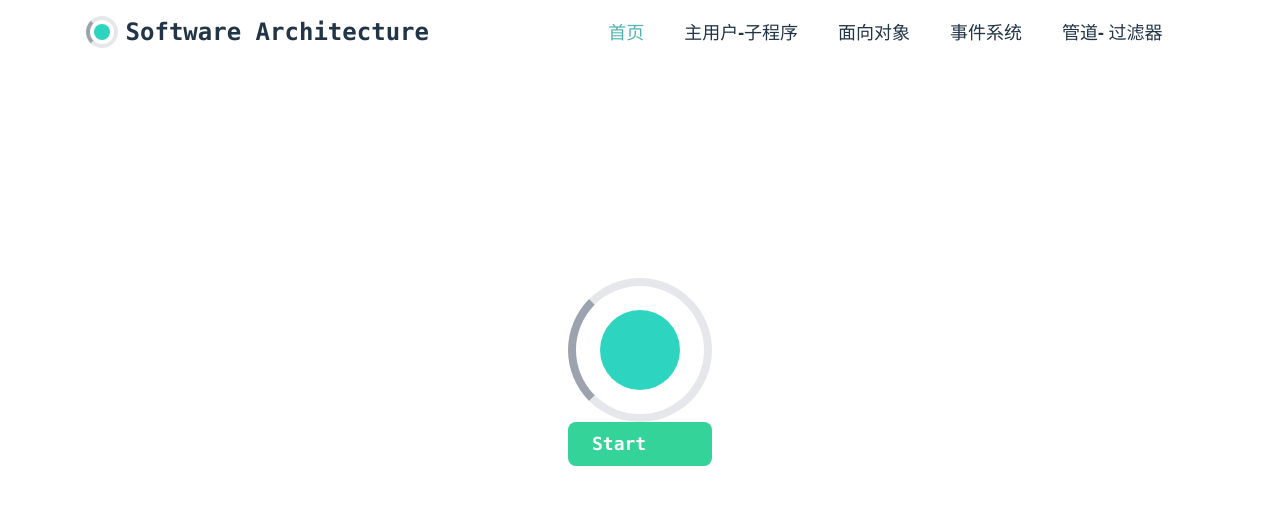
Repository: MarchRory/software_architecture_lab2
Page: / (app in lab2/)
These files come from the project's save history. The page is drawn as it stood at one moment and after the next save; the edit follows.
The browser window is 1280 px wide. The pictures show the whole page.
The project was rebuilt for these pictures with package versions that can differ from the ones it lists, and the page was loaded fresh each time. Also part of the build but not shown: lab2/vite.config.ts. Imported but missing from the stored project, and not drawn on this page: lab2/src/views/OOP/index.vue, lab2/src/views/PipFilter/index.vue, lab2/src/views/eventsSys/index.vue, lab2/src/views/mainChild/index.vue.

Above is the page before, as saved 2023-11-16 14:55:03.

### lab2/index.html
<!doctype html>
<html lang="en">
  <head>
    <meta charset="UTF-8" />
    <link rel="icon" type="image/svg+xml" href="/vite.svg" />
    <meta name="viewport" content="width=device-width, initial-scale=1.0" />
    <title>经典软件体系结构</title>
  </head>
  <body>
    <div id="app"></div>
    <script type="module" src="/src/main.ts"></script>
  </body>
</html>

### lab2/src/main.ts
import { createApp } from 'vue'
import './style.css'
import './style/index.css'
import router from '@/router/index'
import App from './App.vue'
import "tailwindcss/tailwind.css"

createApp(App).use(router).mount('#app')

### lab2/src/style.css
:root {
  font-family: Inter, system-ui, Avenir, Helvetica, Arial, sans-serif;
  line-height: 1.5;
  font-weight: 400;

  color-scheme: light dark;
  color: rgba(255, 255, 255, 0.87);
  background-color: #242424;

  font-synthesis: none;
  text-rendering: optimizeLegibility;
  -webkit-font-smoothing: antialiased;
  -moz-osx-font-smoothing: grayscale;
  -webkit-text-size-adjust: 100%;
}

a {
  font-weight: 500;
  color: #646cff;
  text-decoration: inherit;
}
a:hover {
  color: #535bf2;
}

body {
  margin: 0;
  display: flex;
  place-items: center;
  min-width: 320px;
  min-height: 100vh;
}

@media (prefers-color-scheme: light) {
  :root {
    color: #213547;
    background-color: #ffffff;
  }
  a:hover {
    color: #747bff;
  }
  button {
    background-color: #f9f9f9;
  }
}

### lab2/src/router/index.ts
import { createRouter, createWebHashHistory, RouteRecordRaw } from "vue-router";
export const routes: Array<RouteRecordRaw> = [
    {
        path: '/',
        name: 'hello',
        meta: {
            tabName: '主页'
        },
        component: () => import('@/layout/index.vue'),
        redirect: '/home',
        children: [
            {
                path: '/home',
                name: 'home',
                component: () => import('@/views/hello/index.vue'),
                meta: {
                    title: '首页'
                }
            }, {
                path: '/mainChild',
                name: 'mainChild',
                component: () => import('@/views/mainChild/index.vue'),
                meta: {
                    title: '主用户-子程序'
                }
            }, {
                path: '/OOP',
                name: "OOP",
                component: () => import('@/views/OOP/index.vue'),
                meta: {
                    title: '面向对象'
                }
            }, {
                path: '/eventSys',
                name: "eventSys",
                component: () => import("@/views/eventsSys/index.vue"),
                meta: {
                    title: '事件系统'
                }
            }, {
                path: '/pipFilter',
                name: "pipFilter",
                component: () => import('@/views/PipFilter/index.vue'),
                meta: {
                    title: "管道- 过滤器"
                }
            }
        ]
    },
]

const router = createRouter({
    history: createWebHashHistory(),
    routes
})

export default router

### lab2/src/App.vue
<script setup lang="ts">
import { defineAsyncComponent } from 'vue';
import { useRouter } from 'vue-router'
const router = useRouter()
</script>

<template>
  <div id="app">
    <router-view></router-view>
  </div>
</template>

<style scoped>
#app{
  width: 100vw;
  height: 100vh;
}
</style>

### lab2/src/layout/index.vue
<script setup lang="ts">
	import { defineAsyncComponent } from 'vue';
	const Navbar = defineAsyncComponent(() => import('./navbar.vue'));
	const APPMain = defineAsyncComponent(() => import('./Main.vue'));
</script>

<template>
	<div class="flex flex-col w-full h-full">
		<Navbar />
		<APPMain class="flex-1" />
	</div>
</template>

### lab2/src/views/hello/index.vue
<script setup lang="ts">
	import { useRouter } from 'vue-router';
	const router = useRouter();
	function enter() {
		router.push({
			path: '/home',
		});
	}
</script>

<template>
	<div
		style="position: absolute; left: 50%; top: 50%; transform: translate(-50%, -50%)"
		class="flex flex-col justify-around h-fit"
	>
		<div
			class="flex items-center justify-center mt-6 border-8 rounded-full w-36 h-36 border-l-gray-400"
		>
			<div class="w-20 h-20 bg-teal-400 rounded-full"></div>
		</div>
		<div
			@click="enter"
			class="px-6 py-2 font-mono text-lg font-bold text-white rounded-lg hover:cursor-pointer bg-emerald-400"
		>
			Start
		</div>
	</div>
</template>

<style scoped></style>

### lab2/src/layout/navbar.vue
<script setup lang="ts">
	import { useRouter, useRoute, RouteRecordRaw } from 'vue-router';
	import { routes } from '@/router';
	import { ref } from 'vue';
	const router = useRouter();
	const route = useRoute();
	const Navlist = ref();
	function initNav() {
		Navlist.value = routes[0].children?.map((route: RouteRecordRaw) => {
			return {
				path: route.path,
				title: route?.meta.title,
			};
		});
	}
	initNav();
	function switchTab(path: string) {
		router.push({
			path: path,
		});
	}
</script>

<template>
	<div class="flex items-center justify-around w-full h-16">
		<ul class="flex items-center justify-start list-none">
			<li
				class="flex items-center justify-center w-8 h-8 border-4 rounded-full border-l-gray-400"
			>
				<div class="w-4 h-4 bg-teal-400 rounded-full"></div>
			</li>
			<li class="font-mono text-2xl navFont">Software Architecture</li>
		</ul>
		<ul class="flex min-w-fit">
			<li
				@click="switchTab(navItem.path)"
				class="mr-8 font-sans text-lg transition-all navFont hover:cursor-pointer"
				:class="[route.path == navItem.path ? 'active' : '']"
				v-for="(navItem, index) in Navlist"
				:key="index"
			>
				{{ navItem.title }}
			</li>
		</ul>
	</div>
</template>

<style scoped>
	.navFont {
		@apply ml-2 font-bold;
	}
	.active {
		color: rgb(80, 178, 178);
	}
	/* 	.active::before {
		display: block;
		content: '';
		position: absolute;
		width: 12px;
		height: 12px;
		border-radius: 50%;
		background-color: rgb(80, 178, 178);
		transform: translate(100%, 50%);
	} */
</style>

### lab2/src/layout/Main.vue
<script setup lang="ts"></script>

<template>
	<div class="w-full h-auto px-56 pt-4 overflow-auto">
		<router-view></router-view>
	</div>
</template>

Loaded but not shown: lab2/src/style/index.css (common file); lab2/tailwind.config.js (common file)

After the next save:
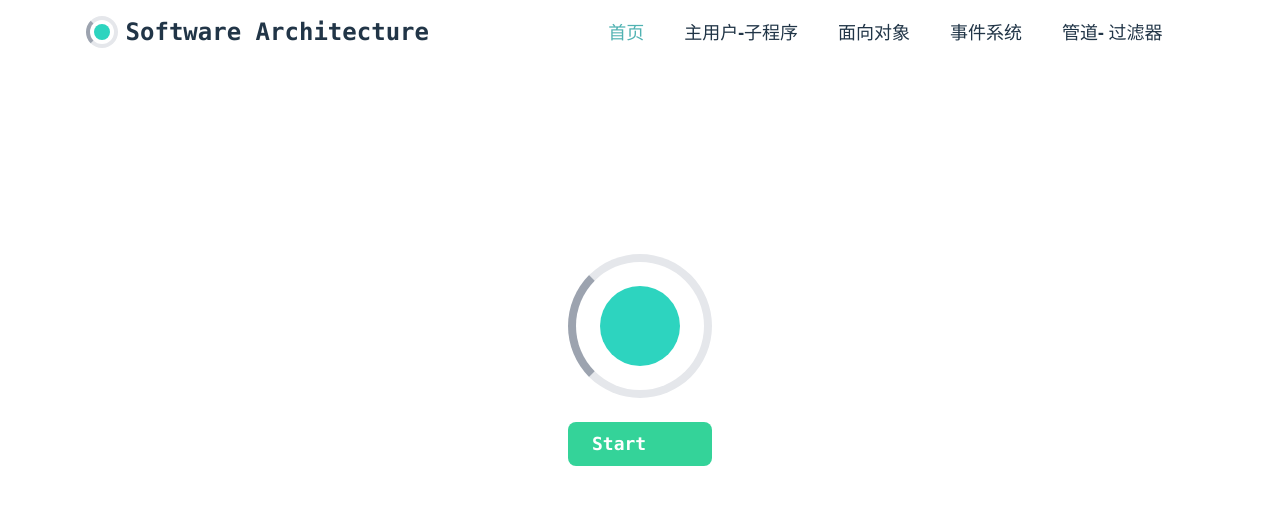
Saved 29 s later.
--- a/lab2/src/views/hello/index.vue
+++ b/lab2/src/views/hello/index.vue
@@ -14,7 +14,7 @@
 		class="flex flex-col justify-around h-fit"
 	>
 		<div
-			class="flex items-center justify-center mt-6 border-8 rounded-full w-36 h-36 border-l-gray-400"
+			class="flex items-center justify-center mb-6 border-8 rounded-full w-36 h-36 border-l-gray-400"
 		>
 			<div class="w-20 h-20 bg-teal-400 rounded-full"></div>
 		</div>
